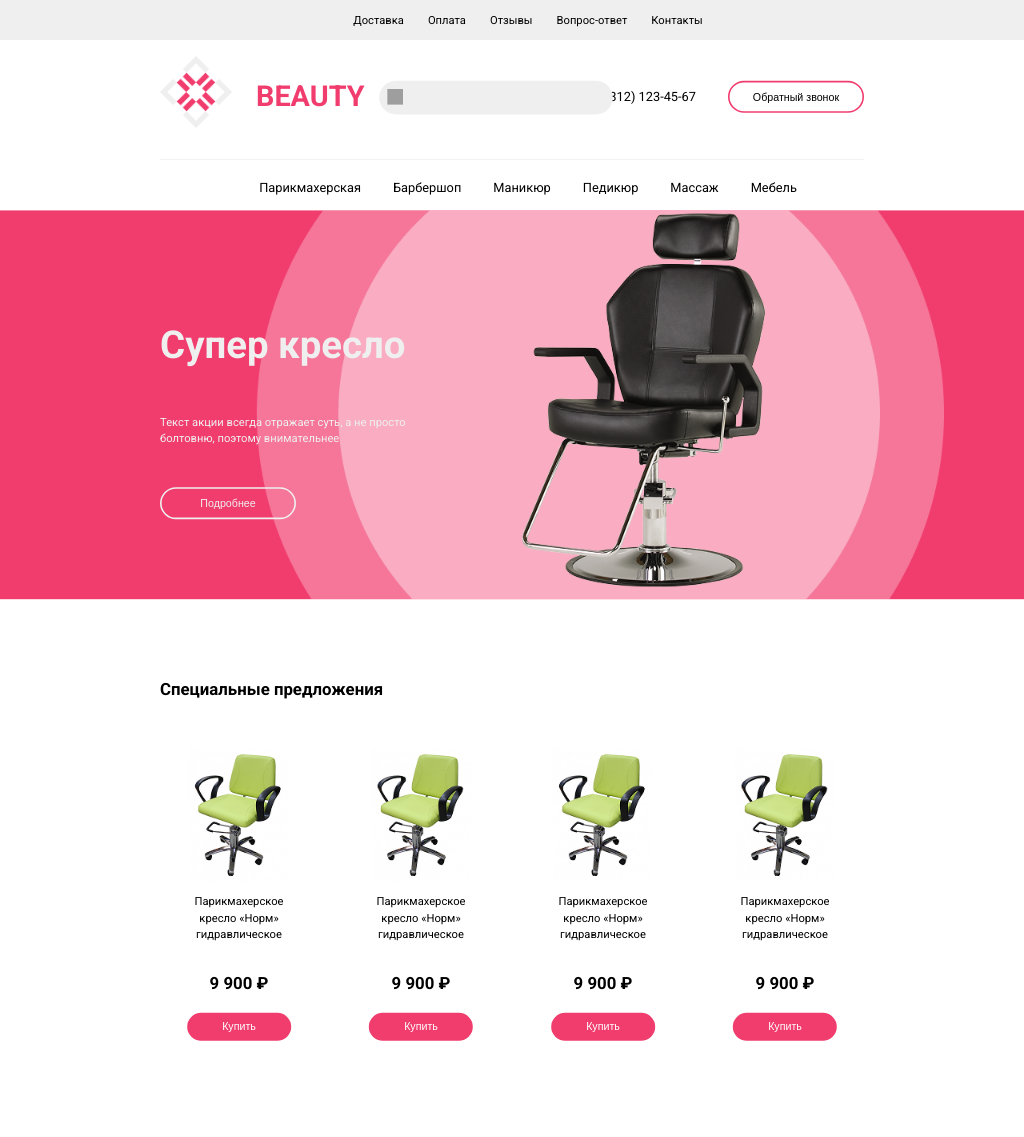
Repository: savannaaaas/verstka
Page: index.html
These files come from the project's save history. The page is drawn as it stood at one moment and after the next save; the edit follows.
The browser window is 1280 px wide. The pictures show the whole page, at 80% of full size.
Pictures or frames that could not be fetched are drawn as grey boxes. Some web fonts or font styles are not loaded; a fallback is used.

Above is the page before, as saved 2025-04-16 11:22:33.

### index.html
<!DOCTYPE html>
<html lang="en">
<head>
    <meta charset="UTF-8">
    <meta name="viewport" content="width=device-width, initial-scale=1.0">
    <title>Figma</title>
    <link rel="preconnect" href="https://fonts.googleapis.com">
    <link rel="preconnect" href="https://fonts.gstatic.com" crossorigin>
    <link href="https://fonts.googleapis.com/css2?family=Istok+Web:ital,wght@0,400;0,700;1,400;1,700&family=Italiana&family=Jura:wght@300..700&family=Roboto:ital,wght@0,100..900;1,100..900&display=swap" rel="stylesheet">
    <link rel="stylesheet" href="style.css">
</head>
<body>
    <div class="content">
        <div class="top-line">
            <ul>
                <li>Доставка</li>
                <li>Оплата</li>
                <li>Отзывы</li>
                <li>Вопрос-ответ</li>
                <li>Контакты</li>
            </ul>
        </div>
        <div class="second-line">
            <div class="second-line-content">
                <div class="logo">
                    <img alt="logo" src="logo.png">
                    <h1>BEAUTY</h1>
                </div>
            <div class="search">
                <input class="search">
                <img alt="search" src="search.png">
            </div>
            <div class="contact">
                <p>8 (812) 123-45-67</p>
                <button>Обратный звонок</button>
            </div>
        </div>
            <hr class="line">
            <div class="service">
                <ul>
                    <li>Парикмахерская</li>
                    <li>Барбершоп</li>
                    <li>Маникюр</li>
                    <li>Педикюр</li>
                    <li>Массаж</li>
                    <li>Мебель</li>
                </ul>
            </div>
        </div>
        <div class="sale">
            <div class="text-armchair">
                <h1>Супер кресло</h1>
                <p>Текст акции всегда отражает суть, а не просто болтовню, поэтому внимательнее</p>
                <button>Подробнее</button>
            </div>
            <img class="elipse1" alt="elipse" src="elipse1.png">
            <img class="elipse2" alt="elipse" src="ellipse2.png">
            <img class="chair" alt="chair" src="armchairs.png">
        </div>
        <div class="goods">
            <h2>Специальные предложения</h2>
            <div class="armChairsGreen">
                <div class="armchair1">
                    <img alt="armchair" src="greenArmchair.png">
                    <p class="text-greenArmchair">Парикмахерское кресло «Норм» гидравлическое</p>
                    <p class="price">9 900 ₽</p>
                    <button>Купить</button>
                </div>
                <div class="armchair2">
                    <img alt="armchair" src="greenArmchair.png">
                    <p class="text-greenArmchair">Парикмахерское кресло «Норм» гидравлическое</p>
                    <p class="price">9 900 ₽</p>
                    <button>Купить</button>
                </div>
                <div class="armchair3">
                    <img alt="armchair" src="greenArmchair.png">
                    <p class="text-greenArmchair">Парикмахерское кресло «Норм» гидравлическое</p>
                    <p class="price">9 900 ₽</p>
                    <button>Купить</button>
                </div>
                <div class="armchair4">
                    <img alt="armchair" src="greenArmchair.png">
                    <p class="text-greenArmchair">Парикмахерское кресло «Норм» гидравлическое</p>
                    <p class="price">9 900 ₽</p>
                    <button>Купить</button>
                </div>
            </div>

        </div>

    </div>
</body>
</html>

### style.css
body {
    min-height: 100vh;
    max-width: 1920px;
    margin: 0 auto;
    scroll-behavior: smooth;
    text-rendering: optimizeSpeed;
    line-height: 1.5;
    padding: 0;
    font-family: "Roboto", sans-serif;
    font-weight: 400;
    font-style: normal;
    font-size: 14px;

  }
  .top-line{
    display: flex;
    background-color: #EFEFEF;
    height: 50px;
    align-items: center;
    justify-content: center;

  }
   .top-line ul{
    display: flex;
    list-style: none;
    flex-wrap: nowrap;
    gap: 30px;
   }
   .second-line{
    display: flex;
    margin: 0 auto;
    align-items: center;
    flex-direction: column;
    padding: 0px 200px;

   }
   .second-line-content{
    width: 100%;
    height: 100%;
    display: flex;
    margin: 0 auto;
    align-items: center;
  justify-content: space-between;
  padding: 20px 0;
   }

.logo{
    display: flex;
    flex-wrap: nowrap;
    gap: 30px;
   }
.logo img{
    width: 90px;
    height: 90px;
}
 .logo h1{
    font-size: 36px;
    color: #F13C6E;
   }

   .search {
    position: relative;
    width: 250px;
    height: 40px;
  }

  .search input {
    border-radius: 40px;
    width: 100%;
    height: 100%;
    border: none;
    background-color: #EFEFEF;
    padding-left: 40px;
  }

  .search img {
    position: absolute;
    left: 10px;
    top: 50%;
    transform: translateY(-50%);
    width: 20px;
    height: 20px;
    pointer-events: none;
  }
  .contact{
    display: flex;
    gap: 40px;
    align-items: center;

  }
  .contact p{
    font-size: 16px;
  }
  .contact button{
    width: 170px;
    height: 40px;
    border: 2px solid #F13C6E;
    border-radius: 40px;
    background: transparent;
  }
hr{
    width: 100%;
    border: none;
    border-top: 1px solid #EFEFEF;
}
.service ul{
    display: flex;
    list-style: none;
    flex-wrap: nowrap;
    gap: 40px;
    font-size: 16px;
   }
   .sale{
    display: flex;
    position: relative;
    background-color: #F13C6E;
    justify-content: space-between;
    align-items: center;
    padding: 100px 200px;
    /**/
    overflow: hidden;
   }

   .elipse1 {
    position: absolute;
    right: 100px;
    top: 50%;
    transform: translateY(-50%);
    z-index: 0;
  }

  .elipse2 {
    position: absolute;
    right: 180px;
    top: 50%;
    transform: translateY(-50%);
    z-index: 1;
  }

  .chair {
    position: absolute;
    right: 180px;
    top: 50%;
    transform: translateY(-50%);
    z-index: 2;
  }

  .text-armchair {
    z-index: 3;
    max-width: 350px;
    color: #EFEFEF;
  }

   .text-armchair h1{
    font-size: 48px;
    color: #EFEFEF;
   }
   .text-armchair p{
    font-size: 14px;
    color: #EFEFEF;
    margin: 50px 0;
   }
   .text-armchair button{
    width: 170px;
    height: 40px;
   background: transparent;
   border-radius: 40px;
   border: 2px solid #EFEFEF;
   color: #EFEFEF;
   }
   .goods{
    padding: 80px 200px;
   }
   .armChairsGreen{
   display: flex;
   justify-content: center;
   align-items: center;
   flex-direction: row;
   gap: 30px;
   padding: 40px 0px;
   }
   .armchair1, .armchair2, .armchair3, .armchair4{
    display: flex;
    justify-content: center;
    align-items: center;
    flex-direction: column;
    text-align: center;
    padding: 0px 30px;
   }
   .armchair1 button, .armchair2 button, .armchair3 button, .armchair4 button{
   width: 130px;
   height: 35px;
   border: none;
   background-color: #F13C6E;
   color: #FFFFFF;
   border-radius: 30px;
   }
   .price{
    font-size: 21px;
    font-weight: bold;
   }

After the next save:
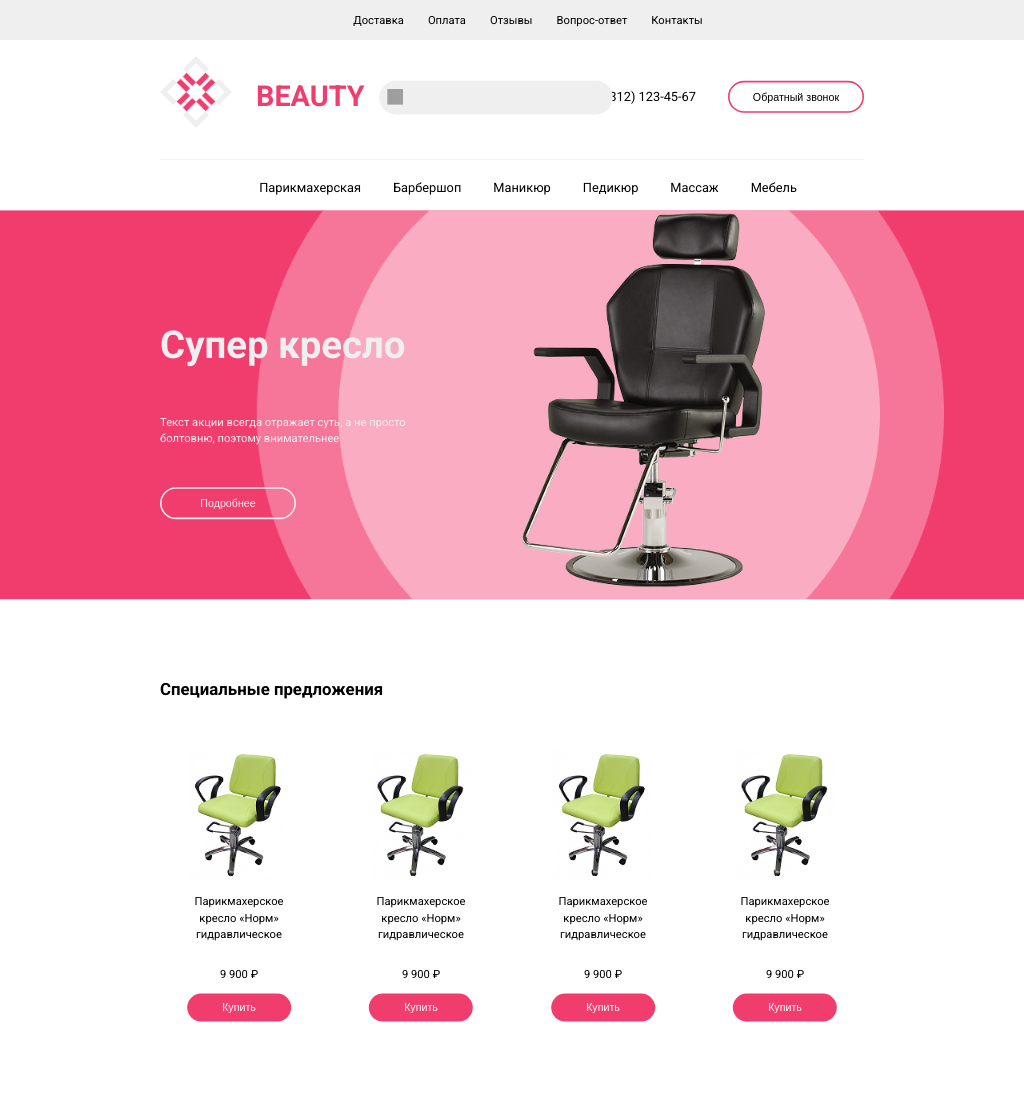
Saved 58 s later.
--- a/style.css
+++ b/style.css
@@ -195,7 +195,6 @@
    color: #FFFFFF;
    border-radius: 30px;
    }
-   .price{
-    font-size: 21px;
-    font-weight: bold;
-   }
+   .armchair1 h3, .armchair2 h3, .armchair3 h3, .armchair4 h3{
+   font-size: 21px;
+    }

After the save that followed:
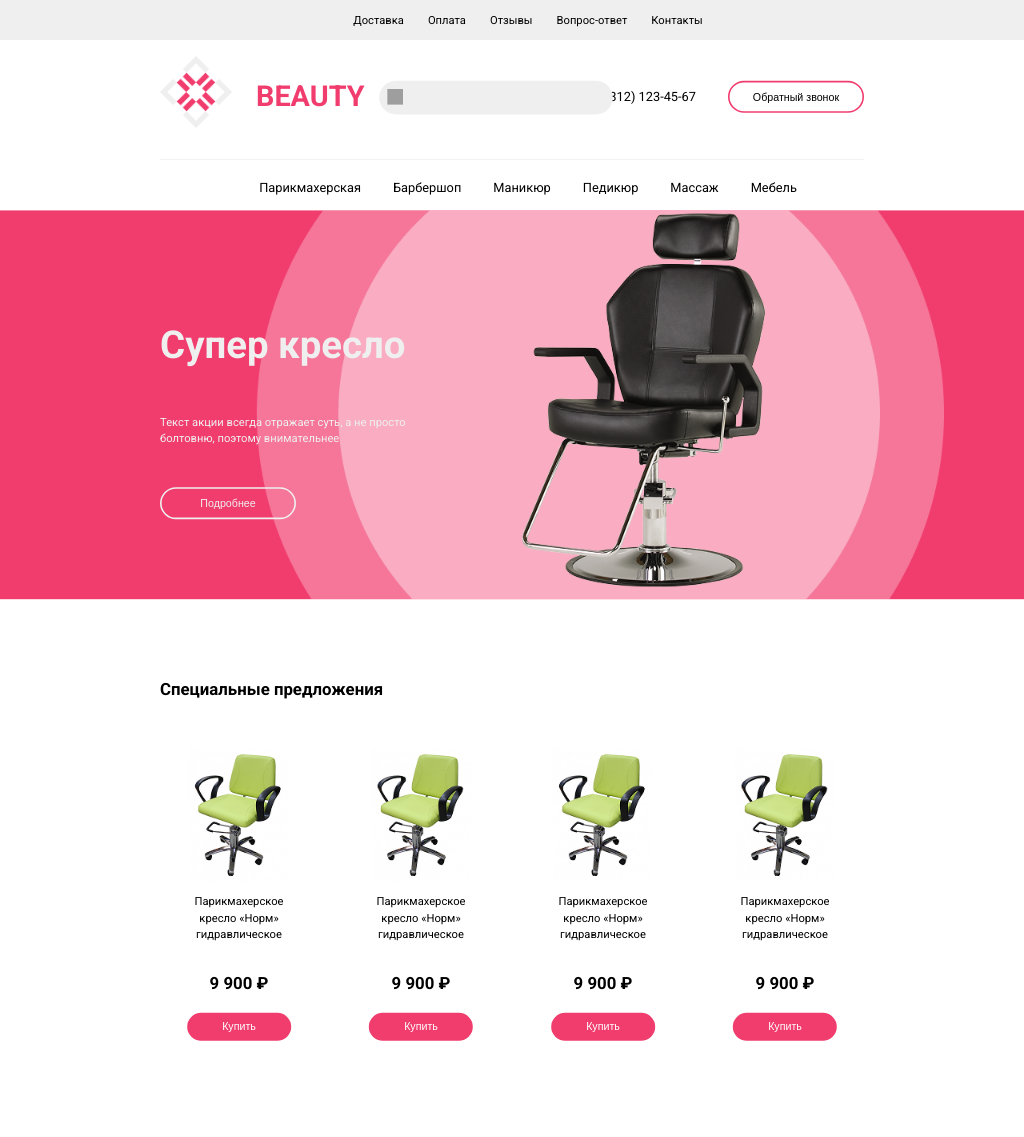
Saved 10 s later.
--- a/index.html
+++ b/index.html
@@ -63,25 +63,25 @@
                 <div class="armchair1">
                     <img alt="armchair" src="greenArmchair.png">
                     <p class="text-greenArmchair">Парикмахерское кресло «Норм» гидравлическое</p>
-                    <p class="price">9 900 ₽</p>
+                    <h3>9 900 ₽</h3>
                     <button>Купить</button>
                 </div>
                 <div class="armchair2">
                     <img alt="armchair" src="greenArmchair.png">
                     <p class="text-greenArmchair">Парикмахерское кресло «Норм» гидравлическое</p>
-                    <p class="price">9 900 ₽</p>
+                    <h3>9 900 ₽</h3>
                     <button>Купить</button>
                 </div>
                 <div class="armchair3">
                     <img alt="armchair" src="greenArmchair.png">
                     <p class="text-greenArmchair">Парикмахерское кресло «Норм» гидравлическое</p>
-                    <p class="price">9 900 ₽</p>
+                    <h3>9 900 ₽</h3>
                     <button>Купить</button>
                 </div>
                 <div class="armchair4">
                     <img alt="armchair" src="greenArmchair.png">
                     <p class="text-greenArmchair">Парикмахерское кресло «Норм» гидравлическое</p>
-                    <p class="price">9 900 ₽</p>
+                    <h3>9 900 ₽</h3>
                     <button>Купить</button>
                 </div>
             </div>
